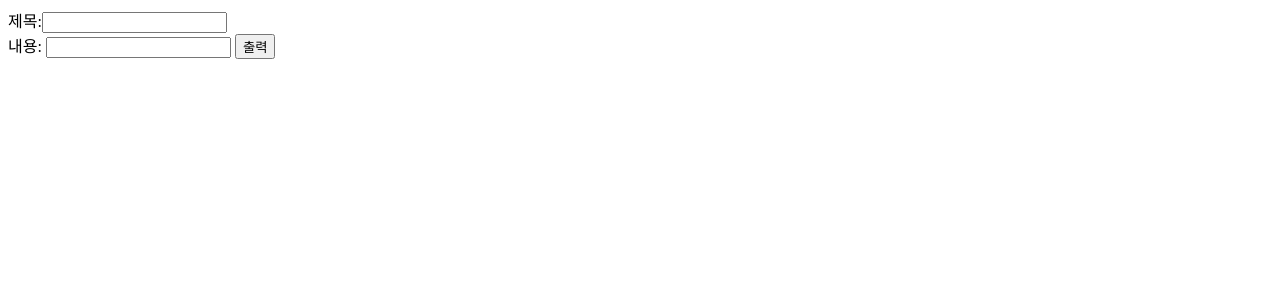
Repository: kwondam/servlet
Page: workspace/JSPPrj/WebContent/reg.html
An editor plug-in stored every save of this project. The page is shown before and after the next save, followed by the edit.
The browser window is 1280 px wide. The pictures show the whole page.

Above is the page before, as saved 2020-03-24 14:50:21.

After the next save:
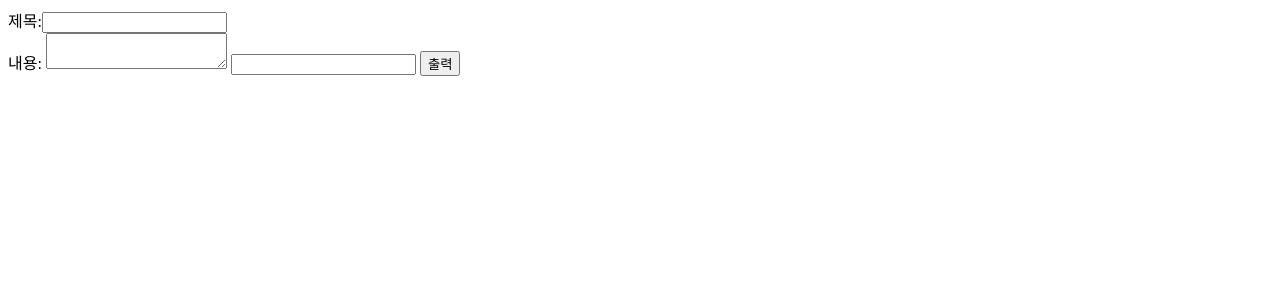
Saved 15 s later.
--- a/workspace/JSPPrj/WebContent/reg.html
+++ b/workspace/JSPPrj/WebContent/reg.html
@@ -11,7 +11,10 @@
 				<label>제목:</label><input type="text" />
 			</div>
 			<div>
-				<lable> 내용:</lable>
+				<label> 내용:</lable>
+				<textarea></textarea>
+
+
 				<input type="text" name="cnt" />
 				<input type="submit" value="출력" />
 			</div>
